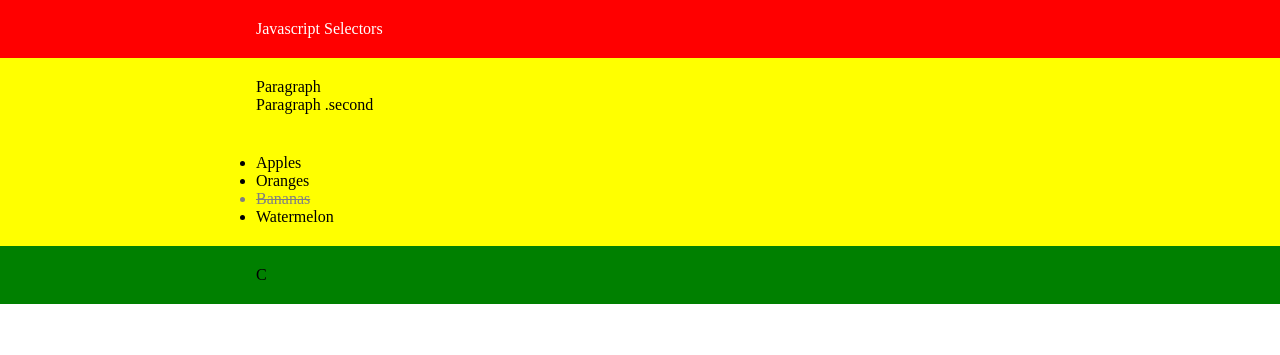
Repository: zdsherlock/Test-for-js
Page: index.html
An editor plug-in stored every save of this project. The page is shown before and after a run of saves, followed by the edit.
The browser window is 1280 px wide. The pictures show the whole page.

Above is the page before, as saved 2021-03-28 15:38:03.

### index.html
<!DOCTYPE html>
<html lang = "en">
    <head>
        <meta charset="UTF-8">
        <meta name="viewport" content="width=device-width, initial-scale=1.0">
        <title>2021练习页面</title>
        <link rel="stylesheet" href="css/style.css">
    </head>
    <body>
        <header>Javascript Selectors</header>
        <section class="paragraph">
            <p>Paragraph</p>
            <p>Paragraph .second</p>
        </section>
        <section class="list">
            <h6></h6>
            <ul>
                <li>Apples</li>
                <li>Oranges</li>
                <li class="delete">Bananas</li>
                <li>Watermelon</li>
            </ul>
        </section>
        <footer>C</footer>

        <script src="scripts/main.js"></script>
    </body>
</html>

### css/style.css
*{
    margin:  0;
    padding:  0;
}

header  {
    background-color:  red;
    color:  white;
    padding-left:  20%;
    padding-top:  20px;
    padding-right:  20px;
    padding-bottom:  20px;
}

section {
    background-color: yellow;
    padding-left:  20%;
    padding-top:  20px;
    padding-right:  20px;
    padding-bottom:  20px;
}

.paragraph  {

}

.list ul li.delete  {
    color:  gray;
    text-decoration: line-through;
}

footer  {
    background-color: green;
    padding-left:  20%;
    padding-top:  20px;
    padding-right:  20px;
    padding-bottom:  20px;
}

Loaded but not shown: scripts/main.js (no stored copy; drawn as an empty file)

After the next 2 saves:
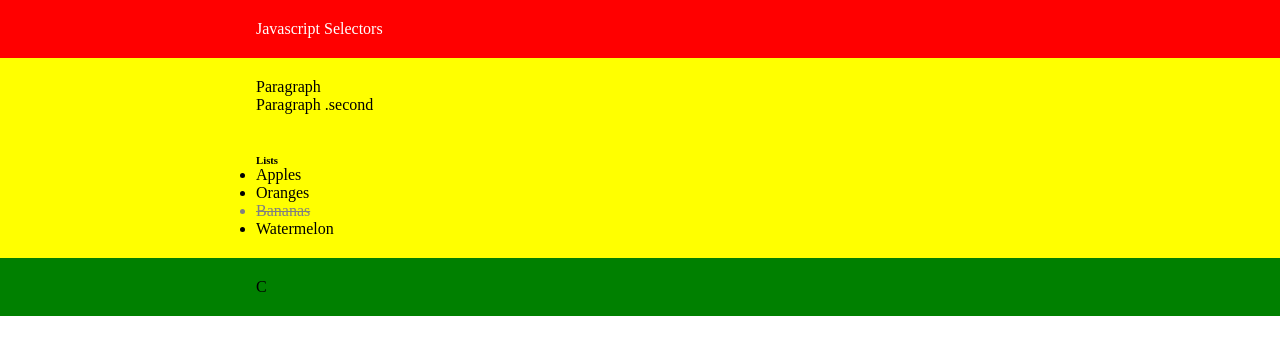
The 2 saves are shown as one change because they came seconds apart.
The last was saved 36 s later.
--- a/index.html
+++ b/index.html
@@ -13,7 +13,7 @@
             <p>Paragraph .second</p>
         </section>
         <section class="list">
-            <h6></h6>
+            <h6>Lists</h6>
             <ul>
                 <li>Apples</li>
                 <li>Oranges</li>
